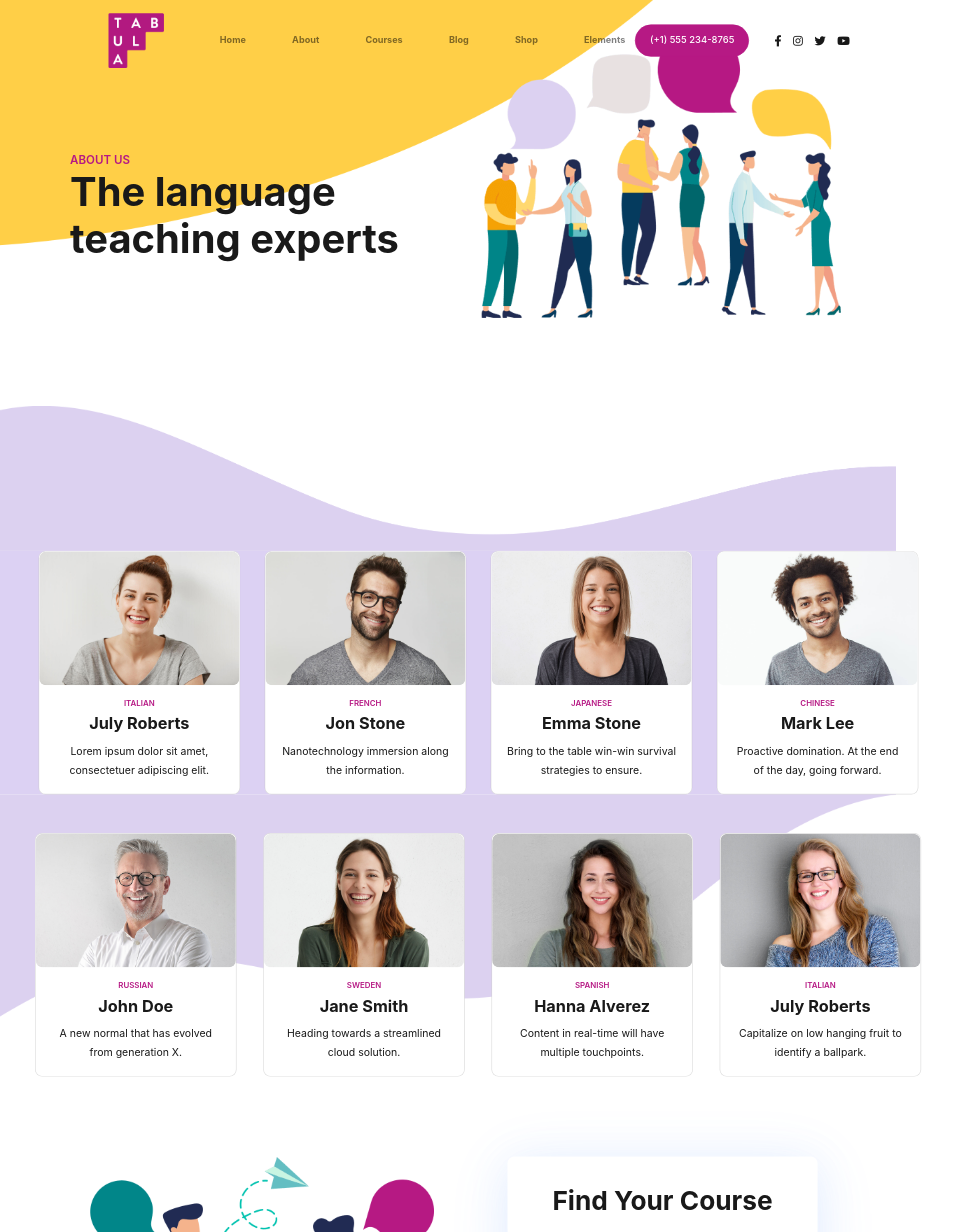
Repository: Khanh1234-glitch/TruongNguyenBaoKhanh_BC22_assignment__tabula
Page: Tabula/index.html
An editor plug-in stored every save of this project. The page is shown before and after the next save, followed by the edit.
The browser window is 1280 px wide. The page is 1366 px wide, so the pictures cover 1366 px, including what lies to the right of the window. The pictures show the part of the page from y = 0 to 1760 px (the page is 3071 px tall before and 3187 px after), at 70% of full size.
The style sheet was rebuilt from its Sass, Less or Tailwind sources for each picture, by a compiler version that may differ from the author's.

Above is the page before, as saved 2022-04-18 16:00:29.

### Tabula/index.html
<!doctype html>
<html lang="en">

<head>
    <title>Title</title>
    <!-- Required meta tags -->
    <meta charset="utf-8">
    <meta name="viewport" content="width=device-width, initial-scale=1, shrink-to-fit=no">
    <!-- link css -->
    <link rel="stylesheet" href="./css/style.css">
    <!-- link fontawesome -->
    <link rel="stylesheet" href="https://cdnjs.cloudflare.com/ajax/libs/font-awesome/5.15.4/css/all.min.css">
    <!-- Bootstrap CSS -->
    <link rel="stylesheet" href="https://stackpath.bootstrapcdn.com/bootstrap/4.3.1/css/bootstrap.min.css" integrity="sha384-ggOyR0iXCbMQv3Xipma34MD+dH/1fQ784/j6cY/iJTQUOhcWr7x9JvoRxT2MZw1T" crossorigin="anonymous">
</head>

<body>
    <header>
        <nav class="navbar   navbar-expand-lg navbar-light " style="margin-left: 134px; text-align: center; position: fixed; z-index: 10000;">
            <a class="navbar-brand" href="#"><img src="./img/crest.png" alt=""></a>
            <button class="navbar-toggler" type="button" data-toggle="collapse" data-target="#navbarSupportedContent" aria-controls="navbarSupportedContent" aria-expanded="false" aria-label="Toggle navigation">
                <span class="navbar-toggler-icon"></span>
            </button>

            <div class="collapse navbar-collapse" id="navbarSupportedContent">
                <ul class="navbar-nav ml-auto">
                    <li class="nav-item ">
                        <a class="nav-link" href="#">Home</a>
                    </li>
                    <li class="nav-item">
                        <a class="nav-link" href="#">About</a>
                    </li>
                    <li class="nav-item">
                        <a class="nav-link" href="#">Courses</a>
                    </li>
                    <li class="nav-item">
                        <a class="nav-link" href="#">Blog</a>
                    </li>
                    <li class="nav-item">
                        <a class="nav-link" href="#">Shop</a>
                    </li>
                    <li class="nav-item">
                        <a class="nav-link" href="#">Elements</a>
                    </li>
                </ul>
                <form class="form-inline my-2 my-lg-0">
                    <div class="button">
                        <button class="btn btn-outline-success my-2 my-sm-0" type="submit">(+1) 555 234-8765</button>
                    </div>
                    <div class="social">
                        <a href="#"><i class="fab fa-facebook-f"></i></a>
                        <a href="#"><i class="fab fa-instagram"></i></a>
                        <a href="#"><i class="fab fa-twitter"></i></a>
                        <a href="#"><i class="fab fa-youtube"></i></a>
                    </div>
                </form>
            </div>
        </nav>
        <div class="hero-book container ">
            <div class=" text-left col-lg-6">
                <span>ABOUT US</span>
                <h1>The language teaching experts</h1>
            </div>
            <div class="img-right col-lg-6">
                <img src="./img/hero_team.png" alt="">
            </div>
        </div>
    </header>
    <section class="column-img ">
        <img src="./img/Violet_top_left_wave.png" alt="">
        <div class="bg-card">
            <div class="container-card ">
                <div class="card" style="width: 18rem;">
                    <div class="img-card">
                        <img class="card-img-top" srcset="./img/teacher_1.jpg " alt="Card image cap">
                    </div>
                    <div class="card-body">
                        <p>ITALIAN</p>
                        <h5 class="card-title">July Roberts</h5>
                        <p class="card-text">Lorem ipsum dolor sit amet, consectetuer adipiscing elit.
                        </p>
                    </div>
                </div>
                <div class="card" style="width: 18rem;">
                    <div class="img-card">
                        <img class="card-img-top" srcset="./img/teacher_2.jpg " alt="Card image cap">
                    </div>
                    <div class="card-body">
                        <p>FRENCH</p>
                        <h5 class="card-title">Jon Stone
                        </h5>
                        <p class="card-text">Nanotechnology immersion along the information.</p>
                    </div>
                </div>
                <div class="card" style="width: 18rem;">
                    <div class="img-card">
                        <img class="card-img-top" srcset="./img/teacher_3.jpg" alt="Card image cap">
                    </div>
                    <div class="card-body">
                        <p>JAPANESE</p>
                        <h5 class="card-title">Emma Stone</h5>
                        <p class="card-text">Bring to the table win-win survival strategies to ensure.
                        </p>
                    </div>
                </div>
                <div class="card" style="width: 18rem;">
                    <div class="img-card">
                        <img class="card-img-top" srcset="./img/teacher_4.jpg " alt="Card image cap">
                    </div>
                    <div class="card-body">
                        <p>CHINESE</p>
                        <h5 class="card-title">Mark Lee</h5>
                        <p class="card-text">Proactive domination. At the end of the day, going forward.
                        </p>
                    </div>
                </div>
            </div>
        </div>

        <img src="./img/Violet_bottom_left_wave.png" alt="">
        <div class="card-bottom">
            <div class="container-card ">
                <div class="card" style="width: 18rem;">
                    <div class="img-card">
                        <img class="card-img-top" srcset="./img/teacher_5.jpg " alt="Card image cap">
                    </div>
                    <div class="card-body">
                        <p>RUSSIAN</p>
                        <h5 class="card-title">John Doe</h5>
                        <p class="card-text">A new normal that has evolved from generation X.</p>
                    </div>
                </div>
                <div class="card" style="width: 18rem;">
                    <div class="img-card">
                        <img class="card-img-top" srcset="./img/teacher_6.jpg " alt="Card image cap">
                    </div>
                    <div class="card-body">
                        <p>SWEDEN</p>
                        <h5 class="card-title">Jane Smith</h5>
                        <p class="card-text">Heading towards a streamlined cloud solution.</p>
                    </div>
                </div>
                <div class="card" style="width: 18rem;">
                    <div class="img-card">
                        <img class="card-img-top" srcset="./img/teacher_7.jpg " alt="Card image cap">
                    </div>
                    <div class="card-body">
                        <p>SPANISH</p>
                        <h5 class="card-title">Hanna Alverez</h5>
                        <p class="card-text">Content in real-time will have multiple touchpoints.
                        </p>
                    </div>
                </div>
                <div class="card" style="width: 18rem;">
                    <div class="img-card">
                        <img class="card-img-top" srcset="./img/teacher_8.jpg " alt="Card image cap">
                    </div>
                    <div class="card-body">
                        <p>ITALIAN</p>
                        <h5 class="card-title">July Roberts</h5>
                        <p class="card-text">Capitalize on low hanging fruit to identify a ballpark.
                        </p>
                    </div>
                </div>
            </div>
        </div>
    </section>
    <section class="contact-form container">
        <div class="img-left">
            <img src="./img/conatct_inner.png" alt="">
        </div>
        <div class="form-right">
            <div class="form">
                <div class="title">Find Your Course</div>
                <div class="contact-form-bottom">
                    <div class="row-form">
                        <div class="name-form"><input type="text" placeholder="Name"><i class="fa fa-user"></i></div>
                        <div class="email-form"><input type="text" placeholder="Email"><i class="fa fa-envelope"></i></div>
                    </div>
                    <div class="seclect-form">
                        <i class="fa fa-hard-hat"></i>
                        <select class="form-control" id="exampleFormControlSelect1">
                            <option>English</option>
                            <option>French</option>
                            <option>Spanish</option>
                            <option>German</option>
                        </select>
                    </div>
                    <div class="text-form">
                        <i class="fa fa-sms"></i>
                        <textarea name="" id="" cols="30" rows="10" placeholder="Messager"></textarea>
                    </div>
                    <div class="btn-form">
                        <button>Send</button>
                    </div>
                </div>

            </div>
        </div>
    </section>
    <section class="footer-contact">
        <div class="img-header">
            <img src="./img/accent_bottom_wave_01.png" alt="">
        </div>
        <div class="contact-end ">
            <div class="contact-us">
                <span>Contact us</span>
                <div class="content-list">
                    <ul>
                        <li><i class="fa fa-map-marker-alt"></i>Franklin St, Greenpoint Ave</li>
                        <li><i class="fa fa-phone"></i>+2342 5446 67</li>
                        <li><i class="fa fa-clock"></i>Monday - Friday: 8 AM - 5 PM</li>
                    </ul>
                </div>
                <div class="social">
                    <i class="fab fa-twitter"></i>
                    <i class="fab fa-instagram"></i>
                    <i class="fab fa-facebook-f"></i>
                    <i class="fab fa-youtube"></i>
                </div>
            </div>
            <div class="quick-link">
                <span>Quick Links</span>
                <ul>
                    <li>
                        <a href="">Home</a>
                    </li>
                    <li>
                        <a href="">Courses</a>
                    </li>
                    <li>
                        <a href="">Schedule</a>
                    </li>
                    <li>
                        <a href="">Blog</a>
                    </li>
                </ul>
            </div>
            <div class="about">
                <span>About</span>
                <ul>
                    <li>
                        <a href="">About Us</a>
                    </li>
                    <li>
                        <a href="">Events</a>
                    </li>
                    <li>
                        <a href="">Get Quote</a>
                    </li>
                    <li>
                        <a href="">Contact</a>
                    </li>
                </ul>
            </div>
            <div class="newsletter">
                <span>Newsletter</span>
                <div>
                    <input type="email" placeholder="Your email">
                    <button>subscribe</button>
                </div>
            </div>
        </div>
        <img src="./img/footer_background.jpg" alt="">
    </section>

    <!-- Optional JavaScript -->
    <!-- jQuery first, then Popper.js, then Bootstrap JS -->
    <script src="https://code.jquery.com/jquery-3.3.1.slim.min.js" integrity="sha384-q8i/X+965DzO0rT7abK41JStQIAqVgRVzpbzo5smXKp4YfRvH+8abtTE1Pi6jizo" crossorigin="anonymous"></script>
    <script src="https://cdnjs.cloudflare.com/ajax/libs/popper.js/1.14.7/umd/popper.min.js" integrity="sha384-UO2eT0CpHqdSJQ6hJty5KVphtPhzWj9WO1clHTMGa3JDZwrnQq4sF86dIHNDz0W1" crossorigin="anonymous"></script>
    <script src="https://stackpath.bootstrapcdn.com/bootstrap/4.3.1/js/bootstrap.min.js" integrity="sha384-JjSmVgyd0p3pXB1rRibZUAYoIIy6OrQ6VrjIEaFf/nJGzIxFDsf4x0xIM+B07jRM" crossorigin="anonymous"></script>
    <script src="./main.js"></script>
</body>

</html>

### Tabula/Sass/style.scss
@import "./helper/mixin";
@import "./helper/variable";
@import "./Component/navbar";
@import "./Component/button";
@import "./Component/social";
@import "./Component/herobook";
@import "./Component/card-info";
@import "./Component/footer-form";
@import "./Component/footer.contact";

### Tabula/Sass/helper/_mixin.scss
@mixin content($fs, $fw, $color) {
    font-size: $fs;
    font-weight: $fw;
    background-color: $color;
}

@mixin content2($fs, $fw, $color) {
    font-size: $fs;
    font-weight: $fw;
    color: $color;
}

### Tabula/Sass/helper/_variable.scss
//color
$color:#e6afd4;
$color2:#181818;
$color3:#b61984 !important;
$color4:#191919 !important;
$color5:#dcd1f3;
$color6:#fff;
//font weight
$fw-1:500;
$fw-2:600;
$fw-3:700;
$fw-4:800;
$fw-0:300;
//font-size
$fs-0:12px;
$fs-1:13px;
$fs-2:57px;
$fs-3:16.5px;
$fs-4:14.625px;
$fs-5:13.125px;
$fs-6:13.5px;
$fs-7:16.5px;
$fs-8:15px;
$fs-9:17.25px;
$fs-10:11.25px;
$fs-11:23.25px;
$fs-12:37.5px;

### Tabula/Sass/Component/_navbar.scss
body {
    background: url("./../../img/yellow_top_wave_01.png");
    background-repeat: no-repeat;
}

header.sticky {
    padding: 5px 100px;
    background-color: $color6;
}

.navbar-nav {
    .nav-item {
        .nav-link {
            @include content2($fs-1,
            $fw-3,
            $color2);
            margin-left: 50px;
        }
    }
}

.form-inline {
    .social {
        a {
            i {
                margin-left: 12px;
                color: $color2;
                transition: all 0.3s;
                &:hover {
                    color: $color3;
                }
            }
        }
    }
}

### Tabula/Sass/Component/_button.scss
.form-inline {
    .button {
        display: flex;
        align-items: center;
        margin-right: 18px;
        button {
            @include content($fs-6, $fw-1, $color3);
            align-items: center;
            border-radius: 50px;
            display: flex;
            justify-content: center;
            line-height: 13.5px;
            margin: 6px;
            padding: 14.85px 20.25px;
            text-align: center;
            color: #fff;
            border: 1px solid $color3;
            transition: all 0.2s;
            &:hover {
                background-color: #fff !important;
                border: 1px solid $color3;
                color: $color3;
            }
        }
    }
}

.form {
    .btn-form {
        margin-left: 30px;
        button {
            width: 150px;
            height: 48px;
            @include content($fs-6, $fw-1, $color3);
            align-items: center;
            border-radius: 50px;
            display: flex;
            justify-content: center;
            line-height: 13.5px;
            margin: 6px;
            padding: 18.9px 35.1px;
            text-align: center;
            color: #fff;
            border: 1px solid $color3;
            transition: all 0.2s;
            text-transform: uppercase;
            &:hover {
                background-color: #fff !important;
                border: 1px solid $color3;
                color: $color3;
            }
        }
    }
}

### Tabula/Sass/Component/_social.scss
.navbar-nav {
    .nav-item {
        i {
            margin-right: 12px;
            line-height: 80px;
            cursor: pointer;
            transition: all 0.5s;
            &:hover {
                color: $color3;
            }
        }
    }
}

### Tabula/Sass/Component/_herobook.scss
.hero-book {
    display: flex;
    .text-left {
        margin-top: 216px;
        span {
            @include content2($fs-7, $fw-2, $color3);
            line-height: 19.8px;
        }
        h1 {
            @include content2($fs-2, $fw-3, $color4);
            line-height: 68.4px;
        }
    }
}

Loaded but not shown: Tabula/main.js (4 lines, source omitted); Tabula/Sass/Component/_footer.contact.scss (146 lines, source omitted); Tabula/Sass/Component/_footer-form.scss (99 lines, source omitted); Tabula/Sass/Component/_card-info.scss (111 lines, source omitted)

After the next save:
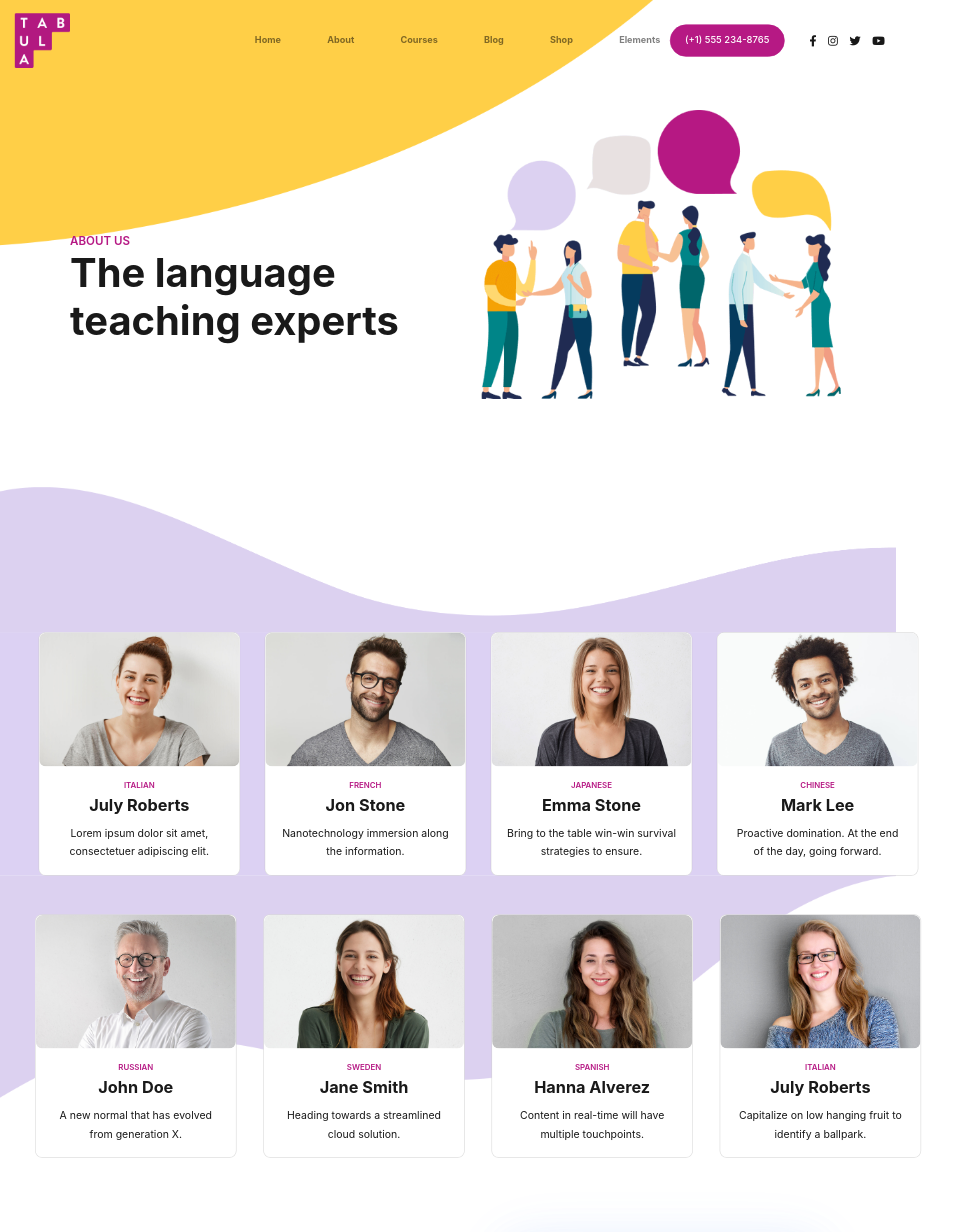
Saved 81 s later.
--- a/Tabula/index.html
+++ b/Tabula/index.html
@@ -16,7 +16,7 @@
 
 <body>
     <header>
-        <nav class="navbar   navbar-expand-lg navbar-light " style="margin-left: 134px; text-align: center; position: fixed; z-index: 10000;">
+        <nav class="navbar   navbar-expand-lg navbar-light ">
             <a class="navbar-brand" href="#"><img src="./img/crest.png" alt=""></a>
             <button class="navbar-toggler" type="button" data-toggle="collapse" data-target="#navbarSupportedContent" aria-controls="navbarSupportedContent" aria-expanded="false" aria-label="Toggle navigation">
                 <span class="navbar-toggler-icon"></span>

After the 5 saves that followed:
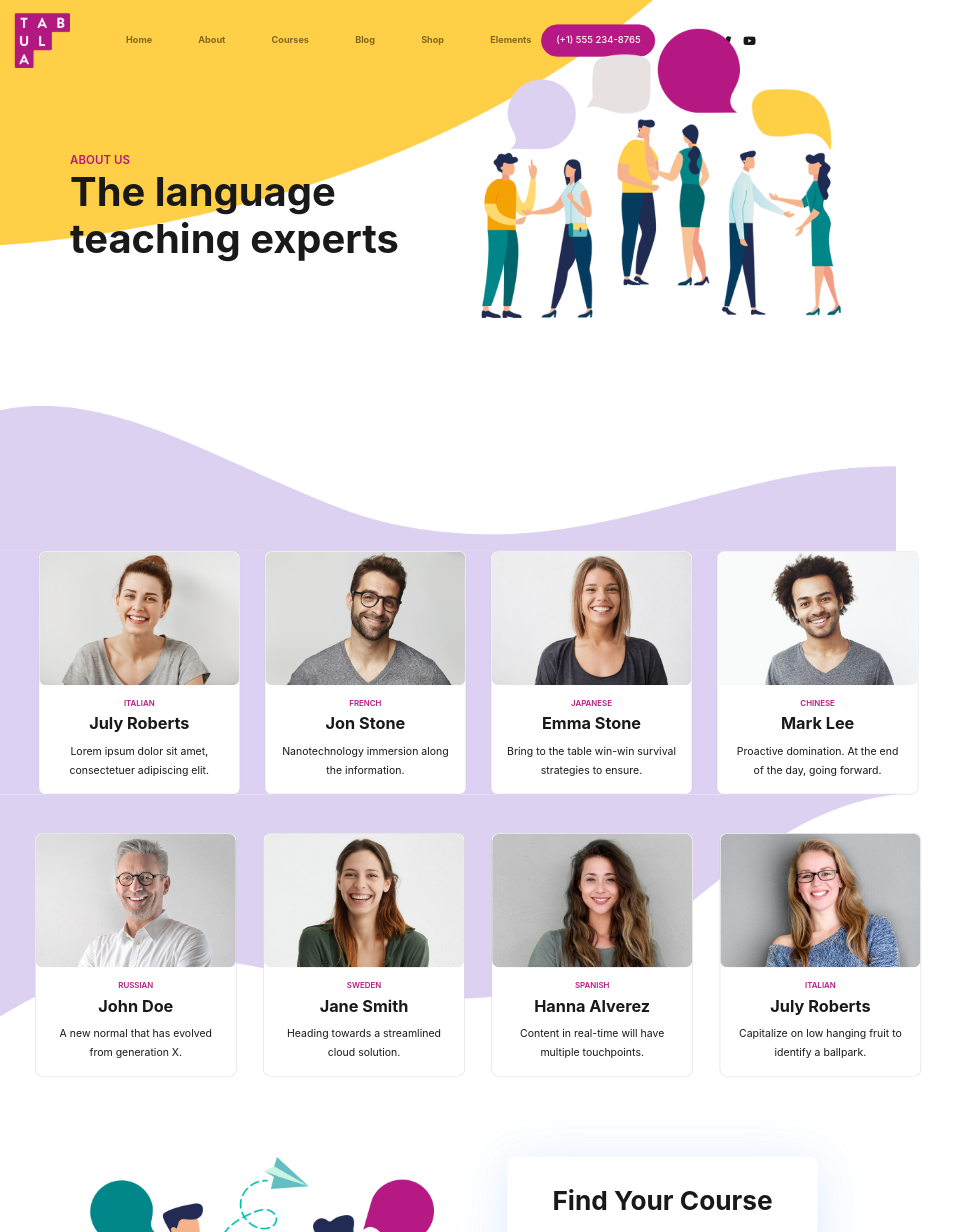
The 5 saves are shown as one change because 4 left the picture as it was.
The last was saved 96 s later.
--- a/Tabula/index.html
+++ b/Tabula/index.html
@@ -16,7 +16,7 @@
 
 <body>
     <header>
-        <nav class="navbar   navbar-expand-lg navbar-light ">
+        <nav style="position: fixed;" class="navbar   navbar-expand-lg navbar-light ">
             <a class="navbar-brand" href="#"><img src="./img/crest.png" alt=""></a>
             <button class="navbar-toggler" type="button" data-toggle="collapse" data-target="#navbarSupportedContent" aria-controls="navbarSupportedContent" aria-expanded="false" aria-label="Toggle navigation">
                 <span class="navbar-toggler-icon"></span>
--- a/Tabula/Sass/Component/_navbar.scss
+++ b/Tabula/Sass/Component/_navbar.scss
@@ -3,9 +3,13 @@ body {
     background-repeat: no-repeat;
 }
 
-header.sticky {
+.nav.sticky {
     padding: 5px 100px;
     background-color: $color6;
+}
+
+.navbar-light {
+    position: fixed;
 }
 
 .navbar-nav {
